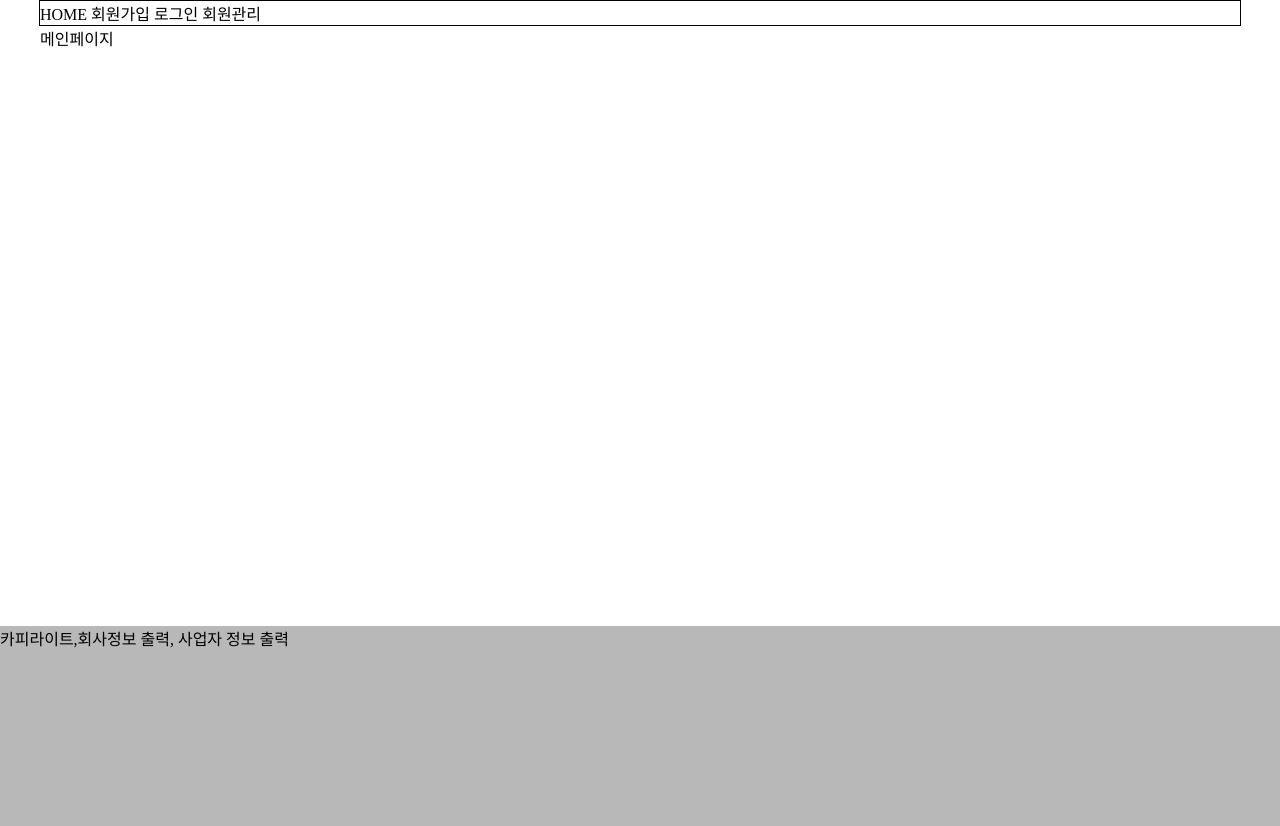
Repository: ceooyh/JSP
Page: http://localhost/step02/test.jsp
An editor plug-in stored every save of this project. The page is shown before and after the next save, followed by the edit.
The browser window is 1280 px wide. The pictures show the whole page.
The page is served by Tomcat 9. Other server files are loaded and not shown.

Above is the page before, as saved 2020-12-29 06:01:28.

### step02/WebContent/test.jsp
<%@ page language="java" contentType="text/html; charset=UTF-8"
    pageEncoding="UTF-8"%>
<!DOCTYPE html>
<html>
<head>
	<meta charset="UTF-8">
	<title>Insert title here</title>
	<style type="text/css">
		*{
			padding: 0;
			margin: 0;
		}
		nav{
			width: 1200px;
			margin: 0 auto;
			border: 1px solid black;
		}
		li{
			list-style-type: none;
			display: inline-block;
		}
		section{
			width: 1200px;
			margin: 0 auto;
			height:600px;
		}
		footer{
			width: 100%;
			height: 200px;
			background-color:#b8b8b8;
		}
	</style>
</head>
<body>
	<nav>
		<ul>
			<li>HOME</li>
			<li>회원가입</li>
			<li>로그인</li>
			<li>회원관리</li>
		</ul>
	</nav>
	<section>
		메인페이지
	</section>
	<footer>
		카피라이트,회사정보 출력, 사업자 정보 출력
	</footer>
</body>
</html>

After the next save:
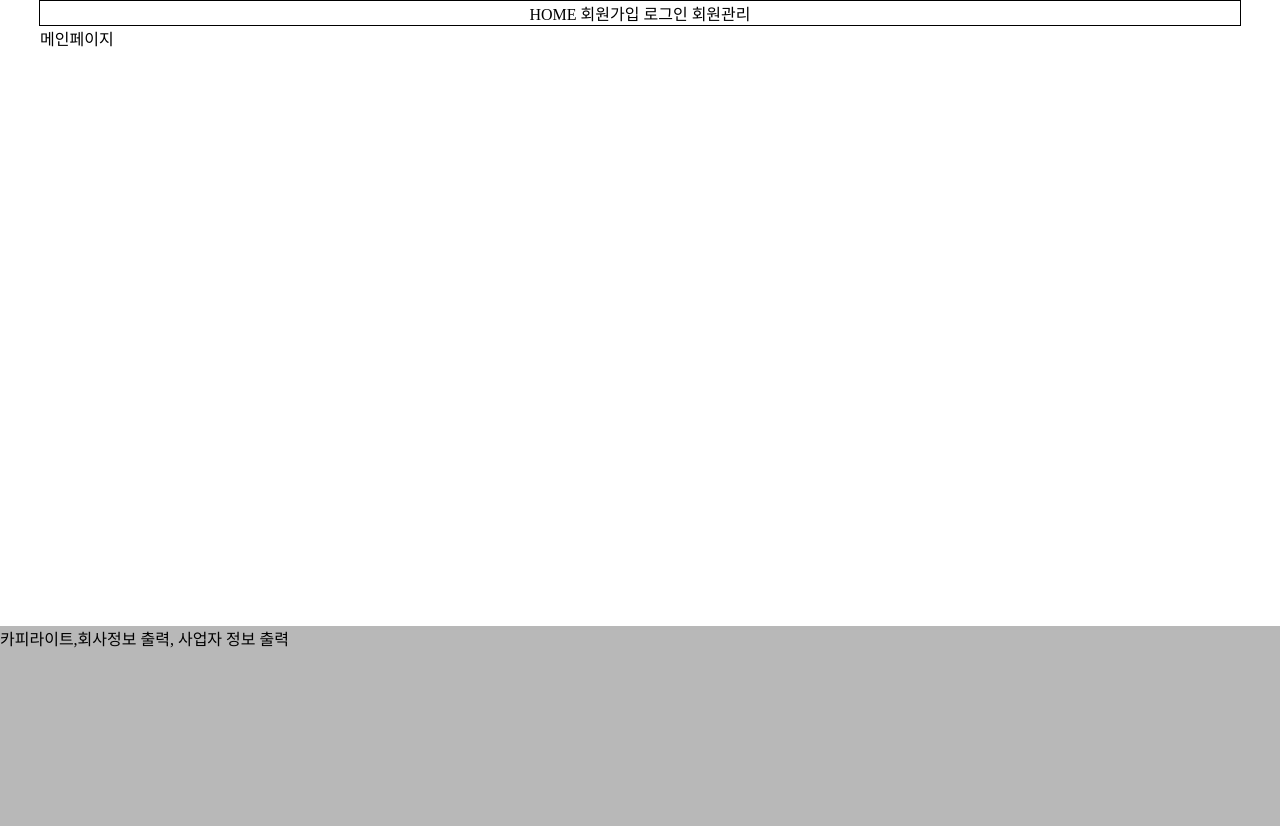
Saved 10 s later.
--- a/step02/WebContent/test.jsp
+++ b/step02/WebContent/test.jsp
@@ -14,6 +14,9 @@
 			width: 1200px;
 			margin: 0 auto;
 			border: 1px solid black;
+		}
+		ul{
+			text-align: center;
 		}
 		li{
 			list-style-type: none;
